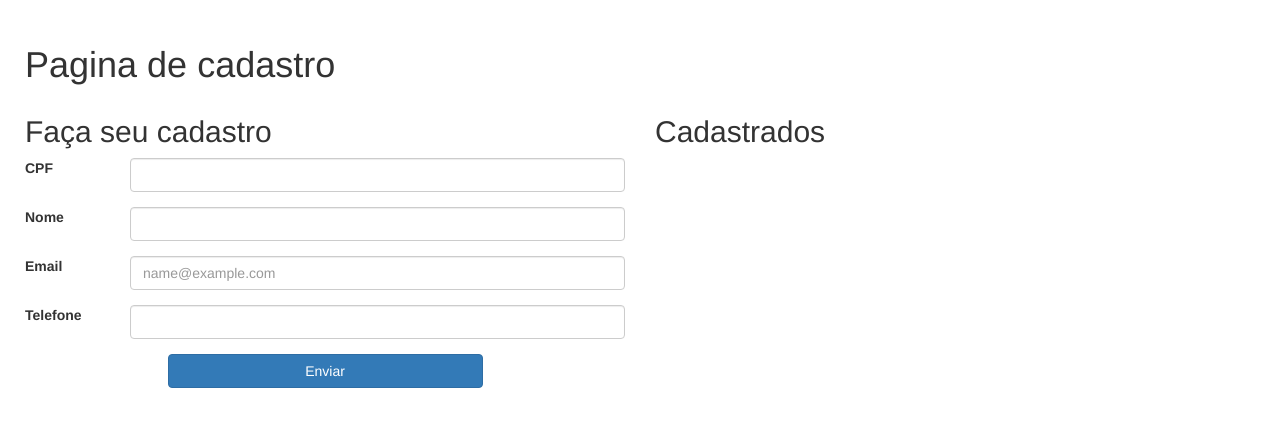
Repository: NicholasMaestrello/treinamento-impacta
Page: DesenvolvimentoJava/Modulo06/02_EmpresaRH/WebContent/trabalhe_conosco.html
An editor plug-in stored every save of this project. The page is shown before and after the next save, followed by the edit.
The browser window is 1280 px wide. The pictures show the whole page.
Some web libraries are served in a nearby version.

Above is the page before, as saved 2017-10-23 19:08:10.

After the next save:
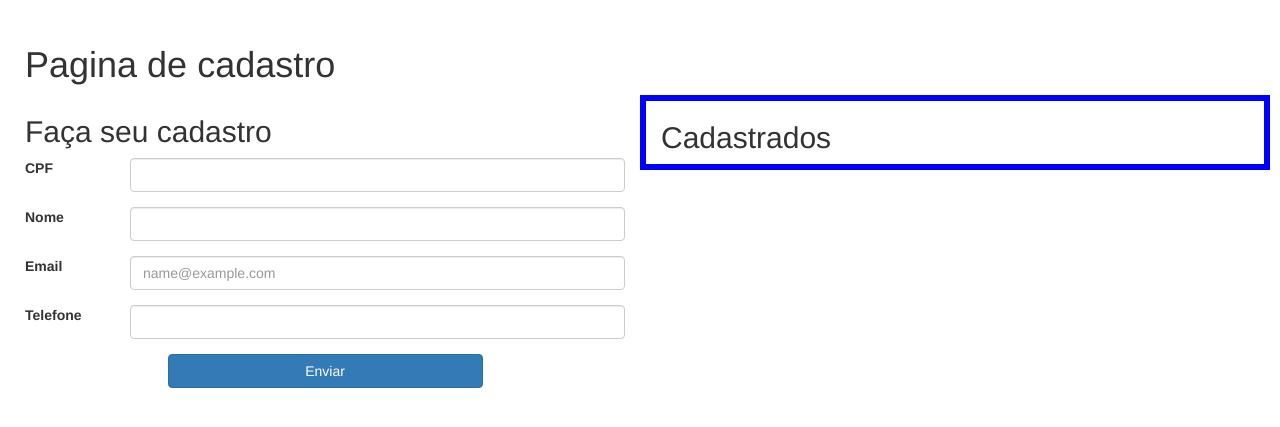
Saved 18 s later.
--- a/DesenvolvimentoJava/Modulo06/02_EmpresaRH/WebContent/trabalhe_conosco.html
+++ b/DesenvolvimentoJava/Modulo06/02_EmpresaRH/WebContent/trabalhe_conosco.html
@@ -43,7 +43,7 @@
 				<button id="enviar" type="button" class="btn btn-primary col-sm-6">Enviar</button>
 			</div>
 		</form>
-		<div class="col-sm-6">
+		<div class="col-sm-6 cadastrados">
 			<h2>Cadastrados</h2>
 			<ul id="listaCadastrados"></ul>
 		</div>
